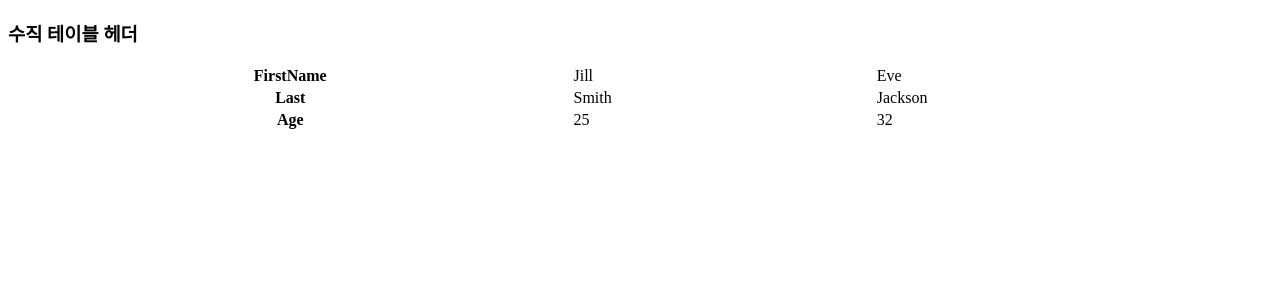
Repository: donggri1/WORKSPACE
Page: WebClass/webPro/src/main/webapp/html/days03/ex07_02.html
The author's editor kept a copy of each file at every save. The page is drawn from the files as they stood at one save, then again after the next save.
The browser window is 1280 px wide. The pictures show the whole page.

Above is the page before, as saved 2024-03-26 05:07:47.

After the next save:
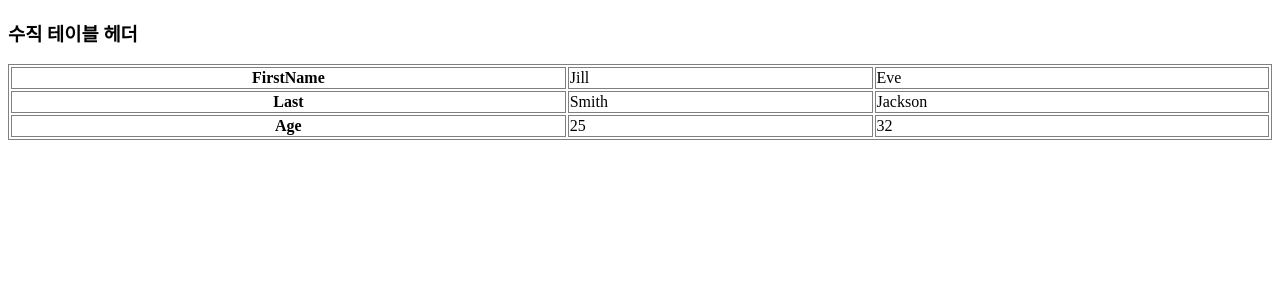
Saved 26 s later.
--- a/WebClass/webPro/src/main/webapp/html/days03/ex07_02.html
+++ b/WebClass/webPro/src/main/webapp/html/days03/ex07_02.html
@@ -7,7 +7,11 @@
 <style>
 	table{
 		width: 100%;
-		boarder: 1px solid gray;
+
+	}
+
+	table,td,th{
+		border: 1px solid gray;
 	}
 </style>
 </head>
